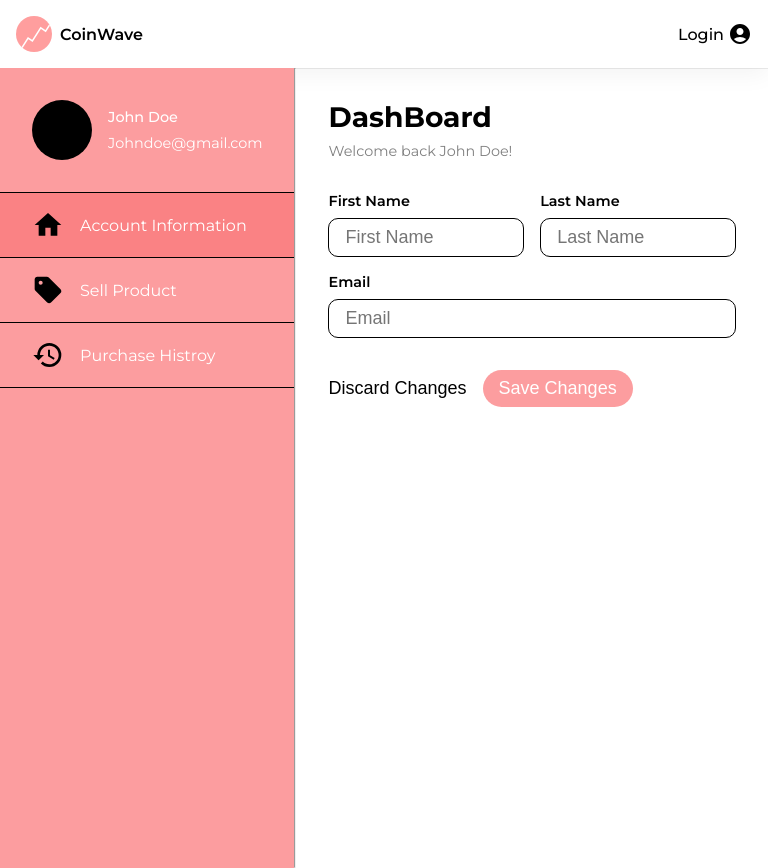
Repository: David-Waite/CoinWave
Page: /account
The author's editor kept a copy of each file at every save. The page is drawn from the files as they stood at one save, then again after the next save.
The browser window is 768 px wide. The pictures show the whole page.
The project was rebuilt for these pictures with package versions that can differ from the ones it lists, and the page was loaded fresh each time. The framework's server and built-in components were replaced by stand-ins that run in the browser. Also part of the build but not shown: next.config.js, app/components/account/SellProduct/SellProduct.js, app/components/account/PurchaseHistory/PurchaseHistory.js.

Above is the page before, as saved 2023-08-16 11:30:42.

### app/layout.js
import Nav from "./components/Nav/Nav";
import "./globals.css";
import { Montserrat } from "next/font/google";

const montserrat = Montserrat({ subsets: ["latin"] });

export const metadata = {
  title: "Coin Wave",
  description: "Generated by create next app",
};

export default function RootLayout({ children }) {
  return (
    <html lang="en">
      <body className={montserrat.className}>
        <Nav />
        {children}
      </body>
    </html>
  );
}

### app/account/page.js
"use client";
import styles from "./account.module.css";
import { useState } from "react";
import AccountMenu from "../components/account/AccountMenu/AccountMenu";
import AccountInformation from "../components/account/AccountInfomation/AccountInfomation";
import SellProduct from "../components/account/SellProduct/SellProduct";
import PurchaseHistroy from "../components/account/PurchaseHistory/PurchaseHistory";

export default function Account() {
  const [selected, setSelected] = useState({
    accountInformation: true,
    sellProduct: false,
    purchaseHistroy: false,
  });

  function handleMenuSelect(select) {
    setSelected({
      accountInformation: select === "accountInformation",
      sellProduct: select === "sellProduct",
      purchaseHistroy: select === "purchaseHistroy",
    });
  }

  return (
    <div className={styles.main}>
      <AccountMenu selected={selected} onClick={handleMenuSelect} />

      <hr />
      <main>
        {selected.accountInformation && <AccountInformation />}
        {selected.sellProduct && <SellProduct />}
        {selected.purchaseHistroy && <PurchaseHistroy />}
      </main>
    </div>
  );
}

### app/components/Nav/Nav.js
import styles from "./nav.module.css";
import Link from "next/link";
import { MdAccountCircle } from "react-icons/md";
export default function Nav() {
  return (
    <nav className={styles.main}>
      <Link className={styles.homeLink} href="/">
        <svg
          width="36"
          height="36"
          viewBox="0 0 36 36"
          fill="none"
          xmlns="http://www.w3.org/2000/svg"
        >
          <circle cx="18" cy="18" r="18" fill="#FF9E9E" />
          <mask
            id="mask0_7_9"
            style={{ maskType: "alpha" }}
            maskUnits="userSpaceOnUse"
            x="0"
            y="0"
            width="36"
            height="36"
          >
            <path
              d="M36 18C36 27.9411 27.9411 36 18 36C8.05887 36 0 27.9411 0 18C0 8.05887 8.05887 0 18 0C27.9411 0 36 8.05887 36 18Z"
              fill="#FF9E9E"
            />
          </mask>
          <g mask="url(#mask0_7_9)">
            <path
              d="M2.13416 37.6684L12.0865 22.0755L16.3706 24.9865L24.7305 11.8885L29.6267 15.2153L36.3942 4.61218"
              stroke="white"
              stroke-width="1.5"
            />
          </g>
        </svg>
        CoinWave
      </Link>
      <Link className={styles.loginLink} href="/login">
        Login <MdAccountCircle size={24} />
      </Link>
    </nav>
  );
}

### app/globals.css
:root {
  --primary: #fc9d9f;
}

* {
  margin: 0;
  padding: 0;
  box-sizing: border-box;
}

### app/components/account/AccountMenu/AccountMenu.js
import styles from "./accountMenu.module.css";
import { MdHistory, MdHome, MdSell } from "react-icons/md";
export default function AccountMenu(props) {
  function handleClick(select) {
    props.onClick(select);
  }

  const selectedP = {
    backgroundColor: "#fa8284",
  };

  return (
    <div className={styles.container}>
      <div className={styles.infoOverView}>
        <div className={styles.photo}></div>
        <div className={styles.overViewTextContainer}>
          <p className={styles.fullNameOverView}>John Doe</p>
          <p className={styles.emailOverView}>Johndoe@gmail.com</p>
        </div>
      </div>

      <div
        onClick={() => handleClick("accountInformation")}
        className={styles.linkContainer}
        style={Object.assign(props.selected.accountInformation && selectedP)}
      >
        <MdHome className={styles.menuIcons} />
        <p>Account Information</p>
      </div>

      <div
        onClick={() => handleClick("sellProduct")}
        className={styles.linkContainer}
        style={Object.assign(props.selected.sellProduct && selectedP)}
      >
        <MdSell className={styles.menuIcons} />
        <p>Sell Product</p>
      </div>

      <div
        onClick={() => handleClick("purchaseHistroy")}
        className={`${styles.linkContainer} ${styles.linkContainerBottom}`}
        style={Object.assign(props.selected.purchaseHistroy && selectedP)}
      >
        <MdHistory className={styles.menuIcons} />
        <p>Purchase Histroy</p>
      </div>
    </div>
  );
}

### app/components/account/AccountInfomation/AccountInfomation.js
"use client";
import styles from "./accountInformation.module.css";
import { useState } from "react";
import { useRouter } from "next/navigation";
import { MdSecurityUpdate } from "react-icons/md";

export default function AccountInformation() {
  const [formData, setFormData] = useState({
    firstName: "",
    lastNameName: "",
    email: "",
  });

  const router = useRouter();

  function handleChange(event) {
    const { type, name, value, checked } = event.target;
    setFormData((prevFormData) => {
      return {
        ...prevFormData,
        [name]: type === "checkbox" ? checked : value,
      };
    });
  }

  function handleSubmit(event) {
    event.preventDefault();

    router.push("/account");
  }

  return (
    <main className={styles.main}>
      <form onSubmit={handleSubmit}>
        <h1 className={styles.title}>DashBoard</h1>
        <p className={styles.welcomeText}>Welcome back {"John Doe"}!</p>

        <div className={styles.form}>
          <div className={styles.nameContainer}>
            <div className={styles.inputContainer}>
              <label className={styles.firstNameLable} htmlFor="firstName">
                First Name
              </label>
              <input
                className={styles.firstName}
                type="text"
                placeholder="First Name"
                onChange={handleChange}
                name="firstName"
                value={formData.firstName}
              />
            </div>
            <div className={styles.inputContainer}>
              <label className={styles.lastNameLable} htmlFor="lastName">
                Last Name
              </label>
              <input
                className={styles.firstName}
                type="text"
                placeholder="Last Name"
                onChange={handleChange}
                name="lastName"
                value={formData.lastName}
              />
            </div>
          </div>

          <div className={styles.inputContainer}>
            <label className={styles.emailLable} htmlFor="email">
              Email
            </label>
            <input
              className={styles.email}
              type="email"
              placeholder="Email"
              onChange={handleChange}
              name="email"
              value={formData.email}
            />
          </div>
        </div>
        <div className={styles.buttonContainer}>
          <button className={styles.discardChanges}>Discard Changes</button>
          <button className={styles.saveChanges}>Save Changes</button>
        </div>
      </form>
    </main>
  );
}

### app/components/Nav/nav.module.css
.main {
  display: flex;
  align-items: center;
  justify-content: space-between;
  padding: 16px 60px;
  box-shadow: rgba(0, 0, 0, 0.05) 0px 6px 24px 0px,
    rgba(0, 0, 0, 0.08) 0px 0px 0px 1px;
}

.homeLink {
  display: flex;
  align-items: center;
  gap: 8px;
  text-decoration: none;
  font-size: 18px;
  color: black;
  font-weight: 600;
}

.loginLink {
  display: flex;
  align-items: center;
  gap: 4px;
  font-size: 18px;
  text-decoration: none;
  color: black;
  font-weight: 500;
}

@media (max-width: 1600px) {
  .main {
    padding: 16px 32px;
  }
}
@media (max-width: 778px) {
  .main {
    padding: 16px;
  }
  .loginLink,
  .homeLink {
    font-size: 16px;
  }
}

### app/components/account/AccountMenu/accountMenu.module.css
.container {
  background-color: var(--primary);

  height: 100vh;
}

.infoOverView {
  display: flex;
  align-items: center;
  gap: 16px;

  padding: 32px;
}

.fullNameOverView {
  color: white;
  font-size: 14.4px;
  font-weight: 500;
}

.emailOverView {
  color: white;
  font-size: 14.4px;
}

.overViewTextContainer {
  display: flex;
  flex-direction: column;
  gap: 8px;
}

.linkContainer {
  padding: 16px 0;
  display: flex;
  align-items: center;
  gap: 16px;
  padding-left: 32px;
  border-top: 1px solid black;
  cursor: pointer;
}
.linkContainer:hover {
  background-color: #fa8284;
}

.menuIcons {
  font-size: 32px;
}

.linkContainerBottom {
  border-bottom: 1px solid black;
}

.linkContainer p {
  color: white;
}

.photo {
  width: 60px;
  height: 60px;
  background-color: black;
  border-radius: 50%;
}

### app/components/account/AccountInfomation/accountInformation.module.css
.main {
  padding: 32px;
  max-width: 900px;
}

.title {
  font-size: 28.13px;
}

.welcomeText {
  font-size: 14.4px;
  color: grey;
  margin-top: 8px;
}

.firstNameLable,
.lastNameLable,
.emailLable {
  font-size: 14.4px;
  font-weight: 600;
}

.nameContainer {
  display: grid;
  grid-template-columns: 1fr 1fr;
  gap: 16px;
}

.firstName,
.lastName,
.email {
  border: 1px solid black;
  padding: 8px 16px;
  font-size: 18px;
  border-radius: 10px;
  width: 100%;
}

.form {
  padding: 32px 0;
  display: flex;
  flex-direction: column;
  gap: 16px;
}

.inputContainer {
  display: flex;
  flex-direction: column;
  gap: 8px;
}

.buttonContainer {
  display: flex;
  gap: 16px;
}
.discardChanges,
.saveChanges {
  cursor: pointer;
  border: none;
  font-size: 18px;
}

.discardChanges {
  color: black;
  background-color: transparent;
}

.saveChanges {
  padding: 8px 16px;
  border-radius: 50px;
  background-color: var(--primary);
  color: white;
}

.saveChanges:hover {
  background-color: #ff8b8d;
}

Loaded but not shown: app/account/account.module.css (common file)

After the next save:
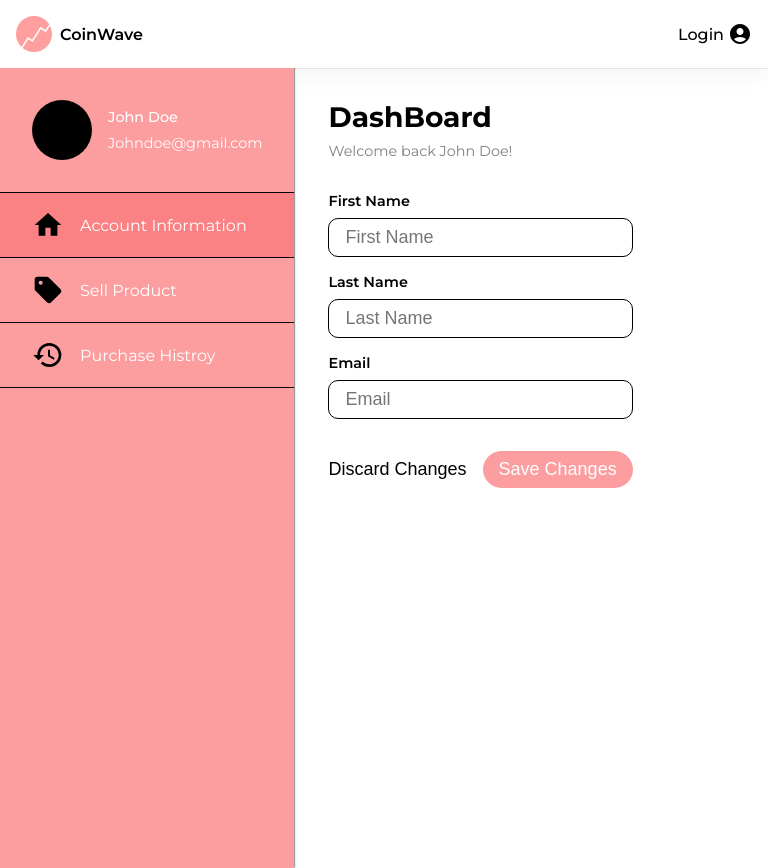
Saved 60 s later.
--- a/app/components/account/AccountInfomation/accountInformation.module.css
+++ b/app/components/account/AccountInfomation/accountInformation.module.css
@@ -75,3 +75,9 @@
 .saveChanges:hover {
   background-color: #ff8b8d;
 }
+
+@media (max-width: 778px) {
+  .nameContainer {
+    grid-template-columns: 1fr;
+  }
+}
